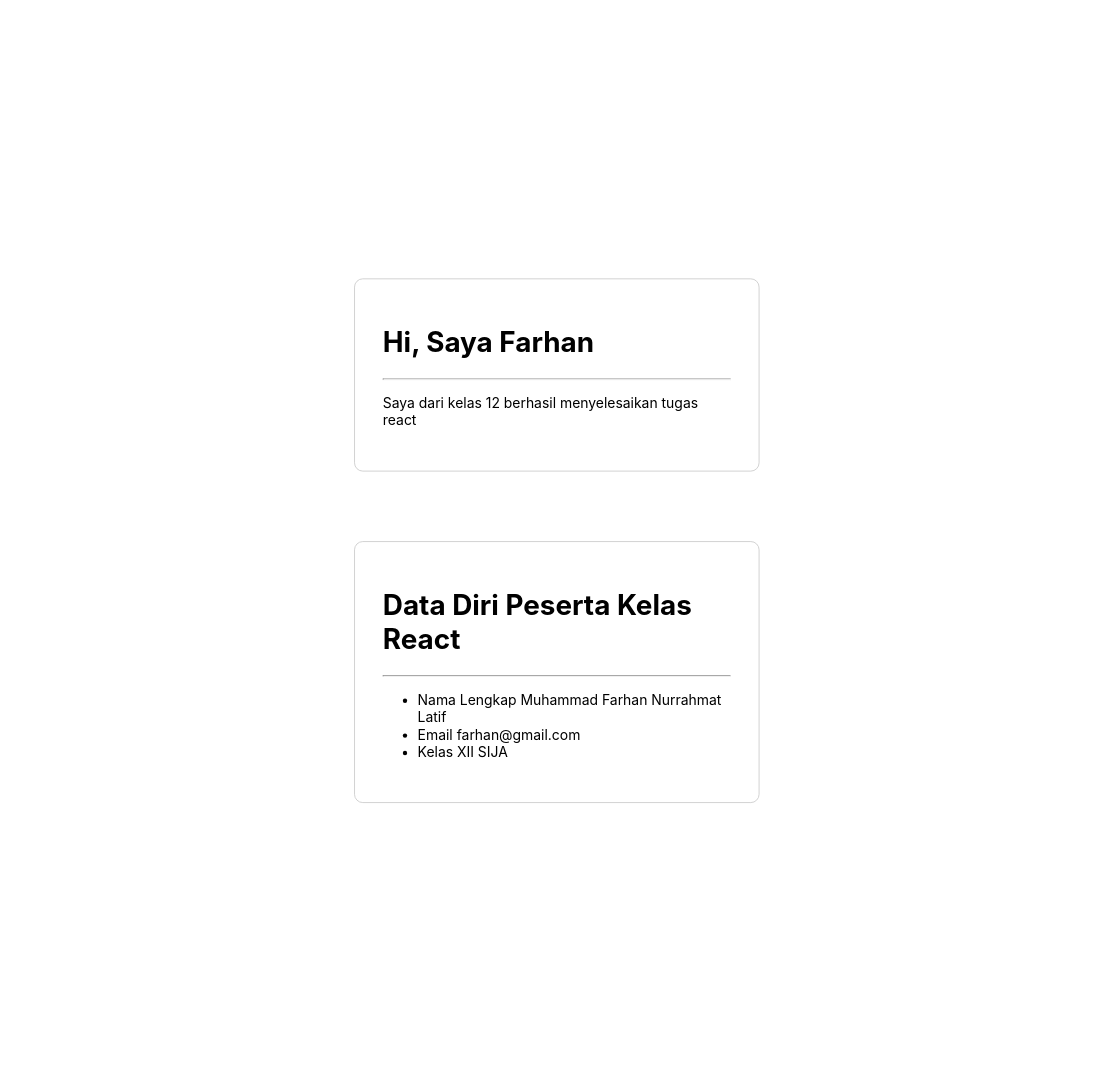
Repository: mfarhannr/Tugas-Reactjs_Farhan
Page: /
An editor plug-in stored every save of this project. The page is shown before and after the next save, followed by the edit.
The browser window is 1280 px wide. The pictures show the whole page, at 87% of full size.
The project was rebuilt for these pictures with package versions that can differ from the ones it lists, and the page was loaded fresh each time.

Above is the page before, as saved 2024-05-03 15:29:55.

### src/App.js
import './App.css';
import Tugas6 from "./tugas6/tugas6";
// import Welcome from "./WelcomeComponent";
import Tugas7 from './tugas7/tugas7';

function App() {
  return (
    <div className="App">
      <div className="Card6">
        <Tugas6 />
      </div>
      <div className="Card7">
        <Tugas7 />
      </div>
    </div>
  );
}

export default App;

### src/App.css
.App {
  padding: 15rem;
}

.Card6 {
  border: 1px solid #ccc;
  border-radius: 10px;
  padding: 2em;
  margin: 5em auto;
  width: 50%;
}

span {
  font-size:bold;
}

.Card7 {
  border: 1px solid #ccc;
  border-radius: 10px;
  padding: 2em;
  margin: 5em auto;
  width: 50%;
}

.App-logo {
  height: 40vmin;
  pointer-events: none;
}

@media (prefers-reduced-motion: no-preference) {
  .App-logo {
    animation: App-logo-spin infinite 20s linear;
  }
}

.App-header {
  background-color: #282c34;
  min-height: 100vh;
  display: flex;
  flex-direction: column;
  align-items: center;
  justify-content: center;
  font-size: calc(10px + 2vmin);
  color: white;
}

.App-link {
  color: #61dafb;
}

@keyframes App-logo-spin {
  from {
    transform: rotate(0deg);
  }
  to {
    transform: rotate(360deg);
  }
}

### src/tugas6/tugas6.js
import React from "react";

function Tugas6() {
    return (
      <div className="Card1">
        <h1>Hi, Saya Farhan</h1>
        <hr></hr>
        <p>Saya dari kelas 12 berhasil menyelesaikan tugas react</p>
      </div>
    );
}

export default Tugas6;

### src/tugas7/tugas7.js
import React from "react";

function Tugas7() {
  return (
    <div className="Card1">
      <h1>Data Diri Peserta Kelas React</h1>
      <hr></hr>
      <ul>
        <li>
          <span>Nama Lengkap </span>Muhammad Farhan Nurrahmat Latif
        </li>
        <li>
          <span>Email </span>farhan@gmail.com
        </li>
        <li>
          <span>Kelas </span>XII SIJA
        </li>
      </ul>
    </div>
  );
}

export default Tugas7;

Loaded but not shown: public/index.html (common file); src/index.js (common file); src/index.css (common file); src/reportWebVitals.js (common file)

After the next save:
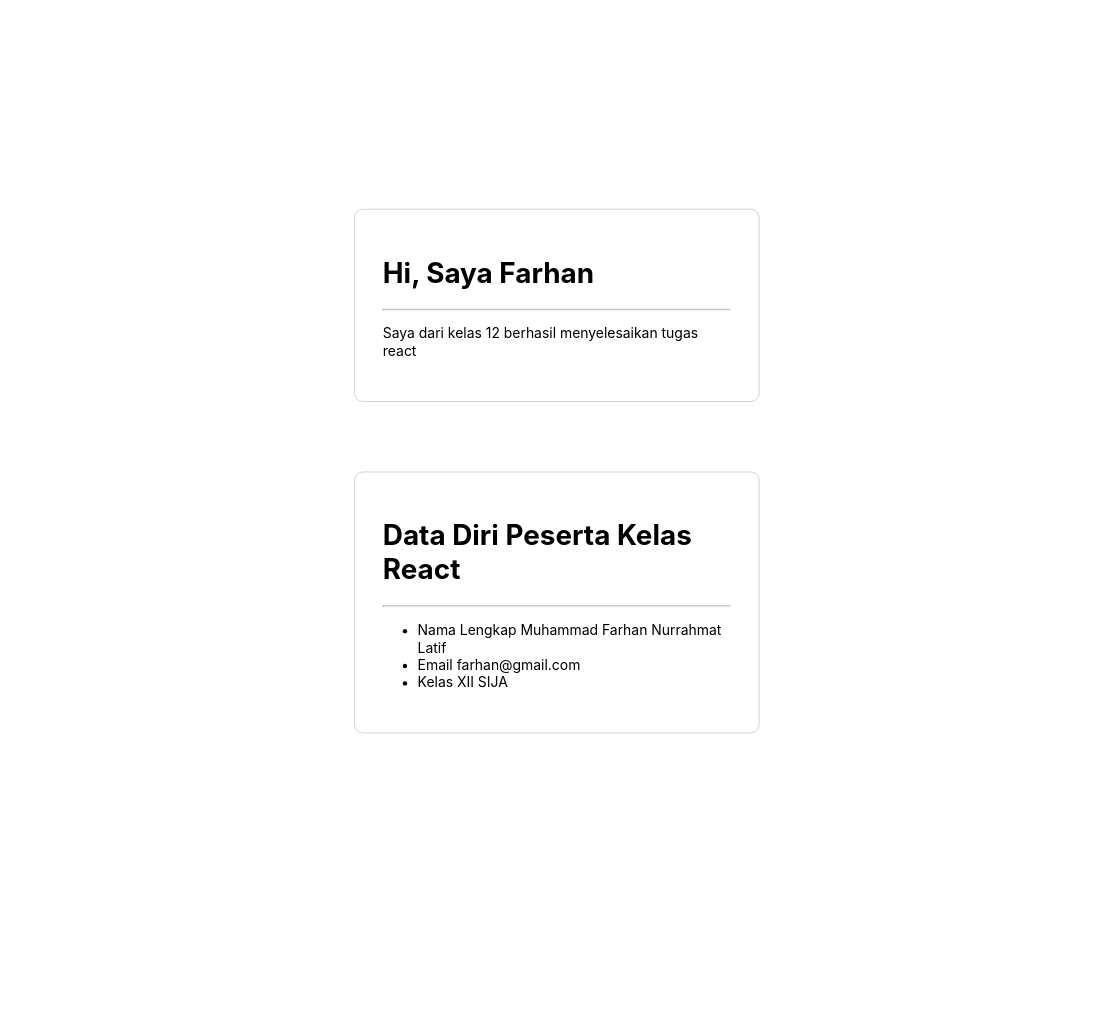
Saved 88 s later.
--- a/src/App.css
+++ b/src/App.css
@@ -6,7 +6,7 @@
   border: 1px solid #ccc;
   border-radius: 10px;
   padding: 2em;
-  margin: 5em auto;
+  margin: auto;
   width: 50%;
 }
 
